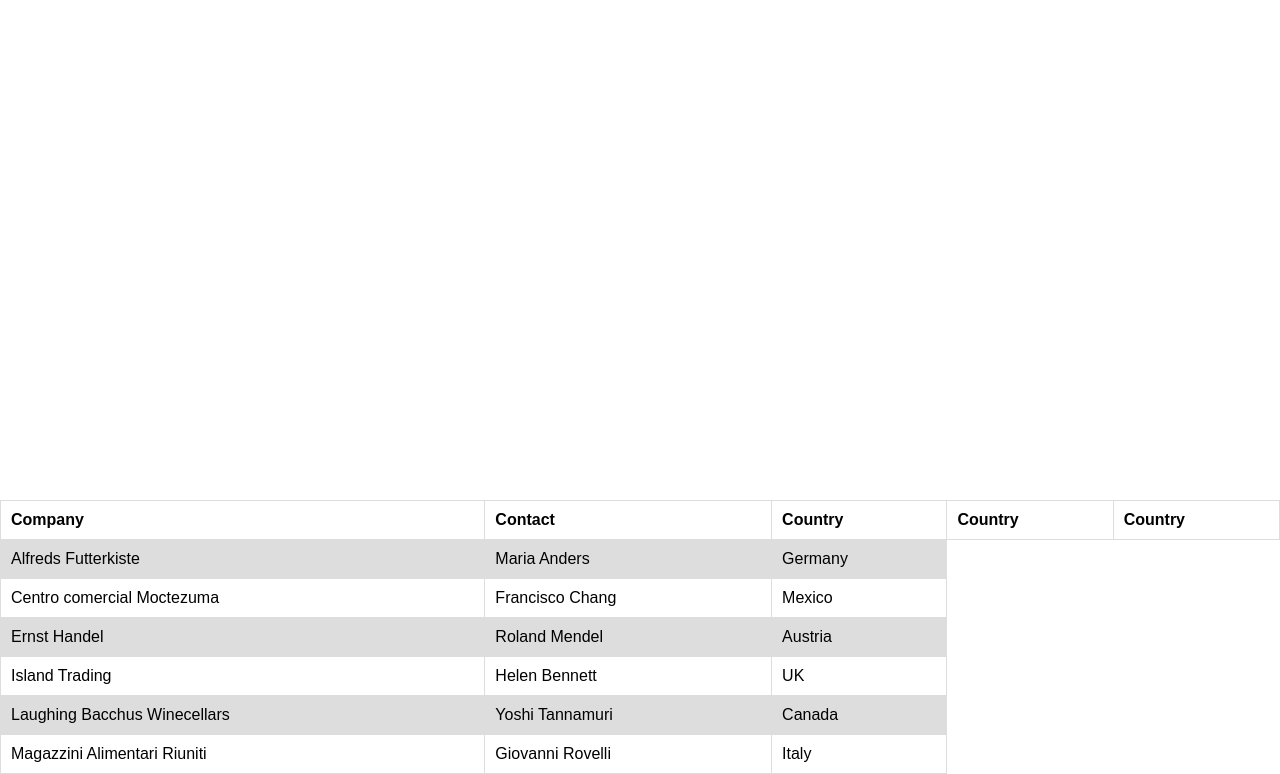
Repository: Seryozha02/ApiRequests
Page: index.html
These files come from the project's save history. The page is drawn as it stood at one moment and after the next save; the edit follows.
The browser window is 1280 px wide. The pictures show the whole page.

Above is the page before, as saved 2022-09-22 21:16:57.

### index.html
<!DOCTYPE html>
<html lang="en">
<head>
    <meta charset="UTF-8">
    <meta http-equiv="X-UA-Compatible" content="IE=edge">
    <meta name="viewport" content="width=device-width, initial-scale=1.0">
    <title>Request's</title>
    <link rel="stylesheet" href="style.css">
</head>
<body>
    <table class="requests">
        <tr>
          <th>Company</th>
          <th>Contact</th>
          <th>Country</th>
          <th>Country</th>
          <th>Country</th>
        </tr>
        <tr>
          <td>Alfreds Futterkiste</td>
          <td>Maria Anders</td>
          <td>Germany</td>
        </tr>
        <tr>
          <td>Centro comercial Moctezuma</td>
          <td>Francisco Chang</td>
          <td>Mexico</td>
        </tr>
        <tr>
          <td>Ernst Handel</td>
          <td>Roland Mendel</td>
          <td>Austria</td>
        </tr>
        <tr>
          <td>Island Trading</td>
          <td>Helen Bennett</td>
          <td>UK</td>
        </tr>
        <tr>
          <td>Laughing Bacchus Winecellars</td>
          <td>Yoshi Tannamuri</td>
          <td>Canada</td>
        </tr>
        <tr>
          <td>Magazzini Alimentari Riuniti</td>
          <td>Giovanni Rovelli</td>
          <td>Italy</td>
        </tr>
      </table>
</body>
<script src="script.js"></script>
</html>

### style.css
* {
        margin: 0;
        padding: 0;
        box-sizing: border-box;
}

.requests {
    font-family: arial, sans-serif;
    border-collapse: collapse;
    width: 100%;
    margin-top: 500px;
  }

  td, th {
    border: 1px solid #dddddd;
    text-align: left;
    padding: 10px;

  }

  tr:nth-child(even) {
    background-color: #dddddd;
  }

Loaded but not shown: script.js (no copy from this time; the picture is the same without it)

After the next save:
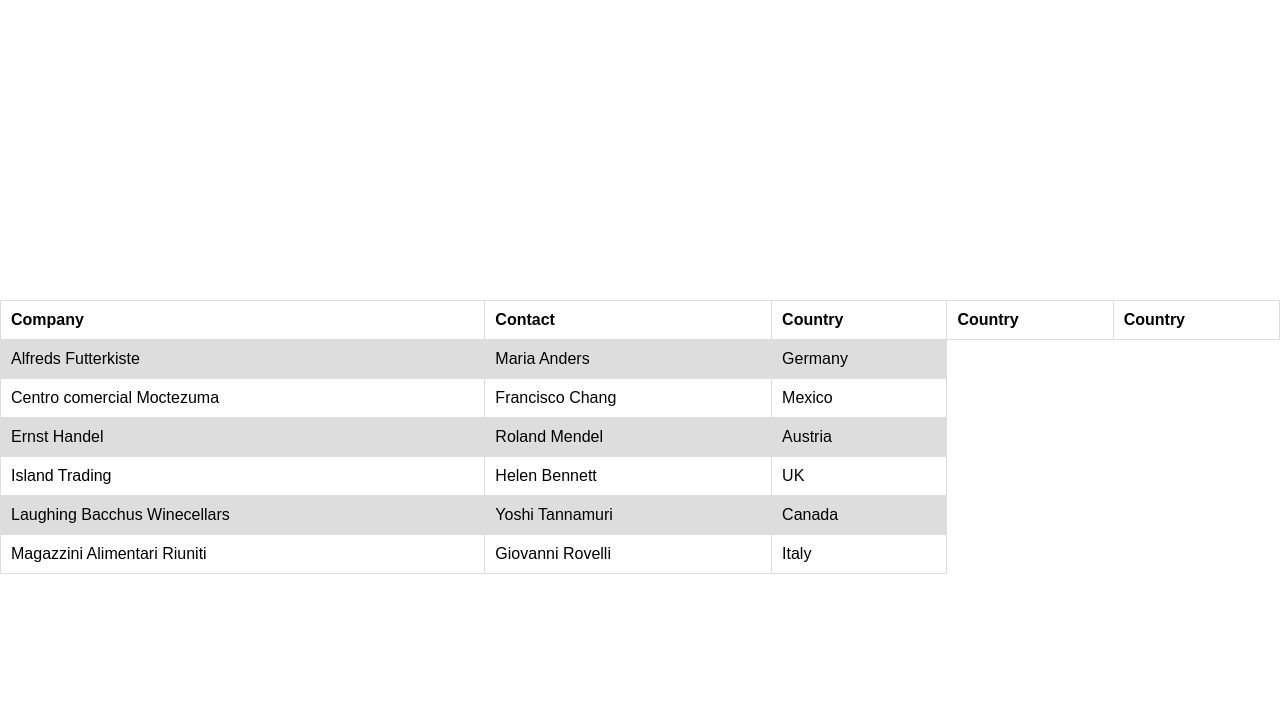
Saved 5 s later.
--- a/style.css
+++ b/style.css
@@ -8,7 +8,7 @@
     font-family: arial, sans-serif;
     border-collapse: collapse;
     width: 100%;
-    margin-top: 500px;
+    margin-top: 300px;
   }
 
   td, th {
